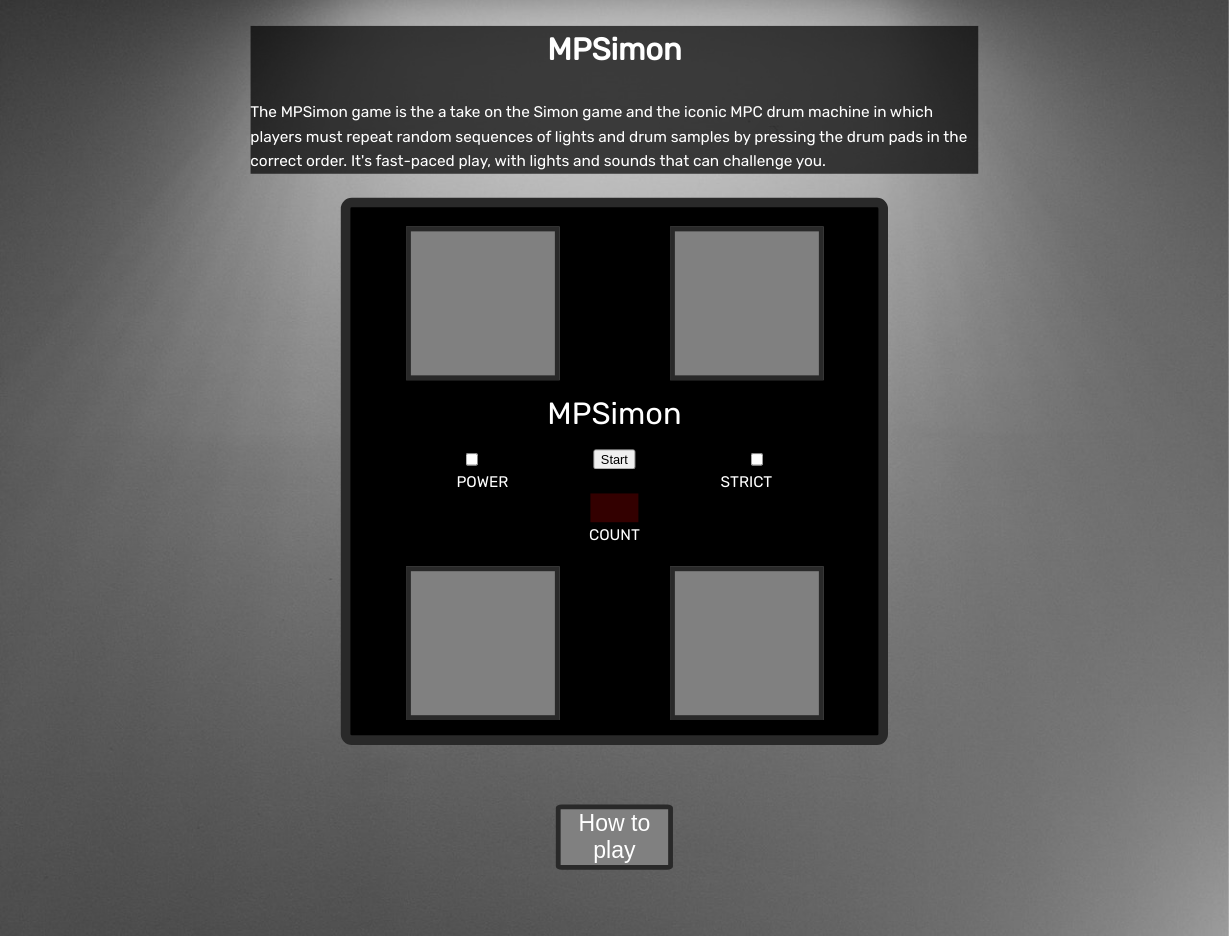
Repository: Neilfoster/MPSimon
Page: index.html
The author's editor kept a record of every edit. The page is drawn from the files as they stood at one moment, then again after the next edit.
The browser window is 1280 px wide. The pictures show the whole page, at 96% of full size.

Above is the page before.

After the next edit:
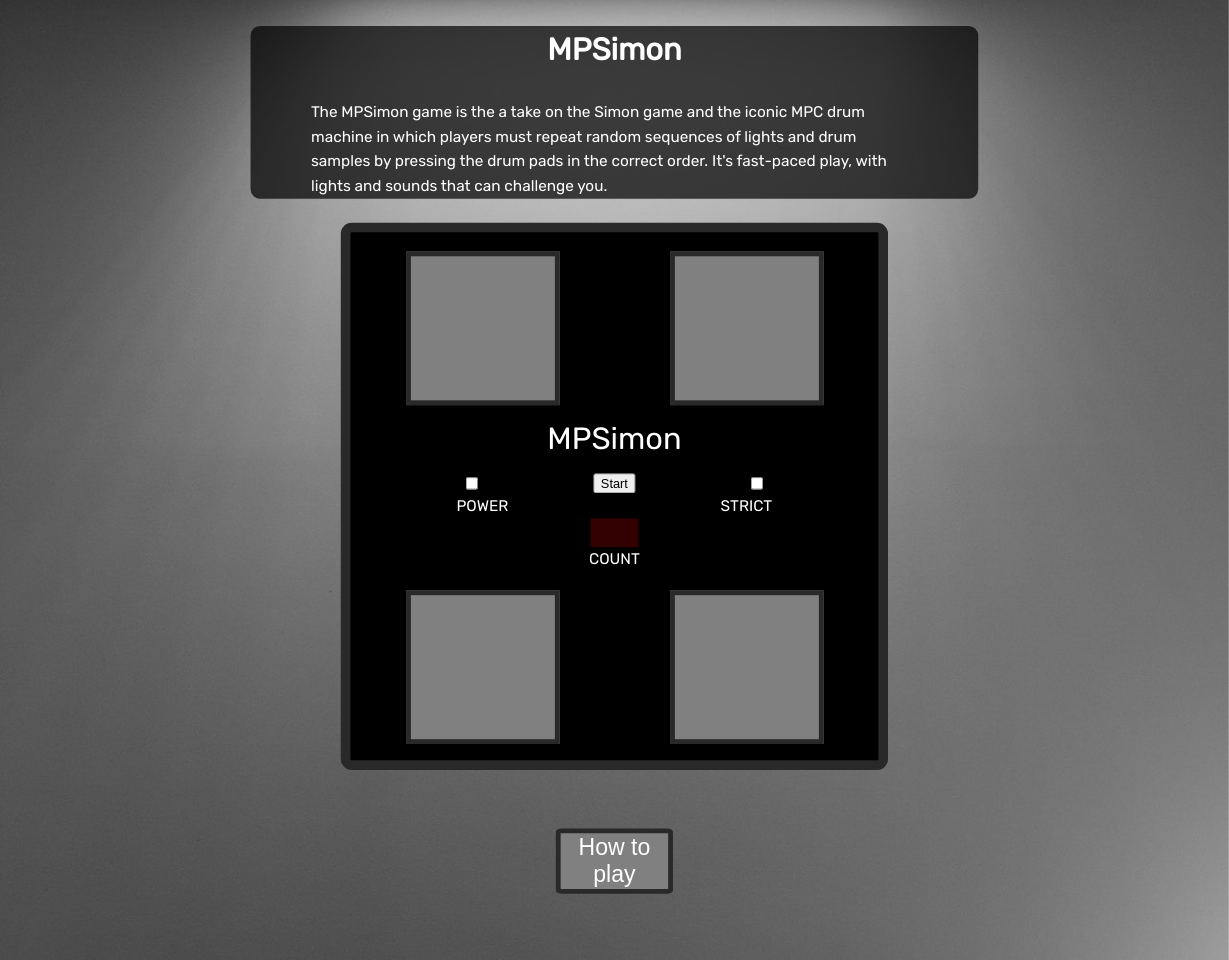
The edit:
--- a/css/style.css
+++ b/css/style.css
@@ -9,6 +9,8 @@
 }
 .header{
   margin:2% 20%;
+  padding: 0 5% ;
+  border-radius: 10px;
   background: rgba(0,0,0,0.7);
 }
 .head-title{
